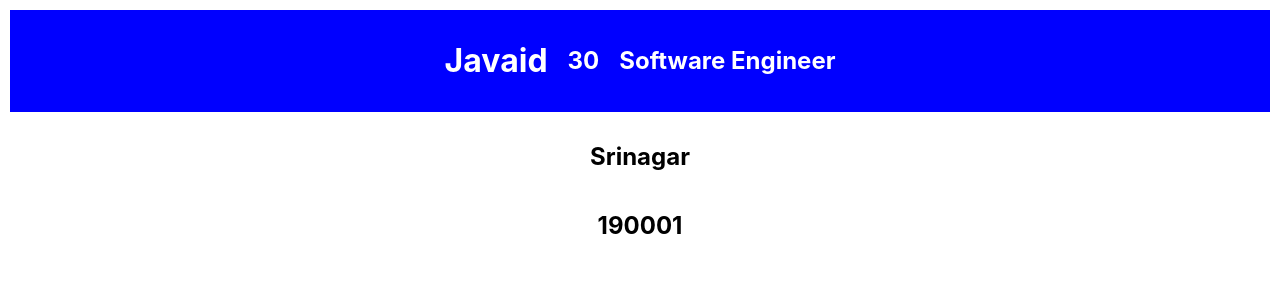
Repository: JavaidAhmadKhan/framer-motion-reacr
Page: /
These files come from the project's save history. The page is drawn as it stood at one moment and after the next save; the edit follows.
The browser window is 1280 px wide. The pictures show the whole page.
The project was rebuilt for these pictures with package versions that can differ from the ones it lists, and the page was loaded fresh each time.

Above is the page before, as saved 2022-05-19 17:24:05.

After the next save:
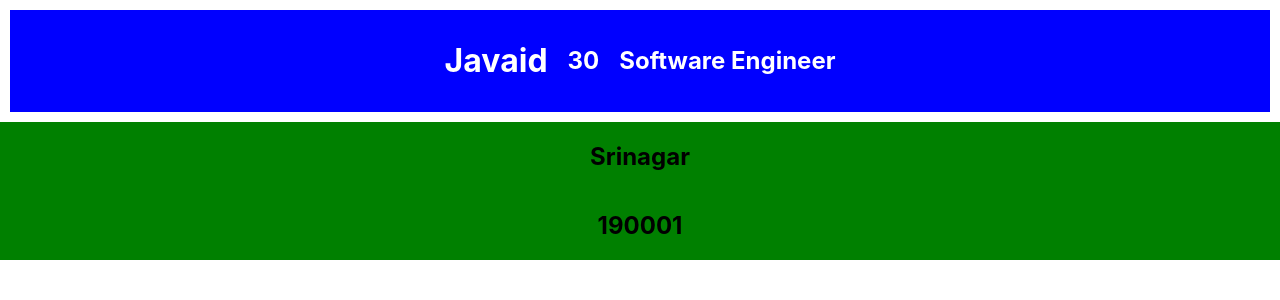
Saved 10 s later.
--- a/src/App.js
+++ b/src/App.js
@@ -43,6 +43,7 @@ class App extends Component {
             flexDirection: "column",
             justifyContent: "center",
             alignItems: "center",
+            backgroundColor: "green",
           }}
         >
           <h2>{this.state.address.city}</h2>
